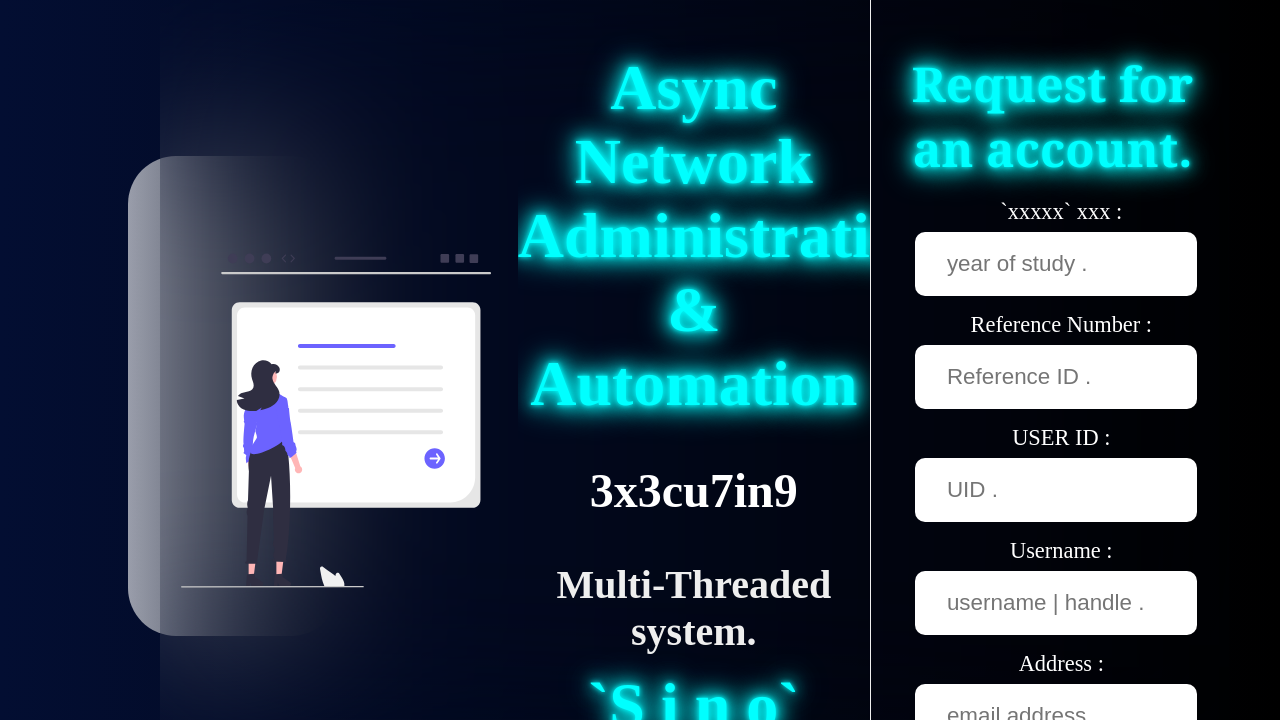
Repository: 3x3cu7er/Shax_001
Page: http://localhost/
The author's editor kept a copy of each file at every save. The page is drawn from the files as they stood at one save, then again after the next save.
The browser window is 1280 px wide. The pictures show the whole page.
The page is served by the project's application, run on Django 4.2 (manage.py). Other server files are loaded and not shown.

Above is the page before, as saved 2024-01-19 19:16:13.

### _3x3c47er_Sino_sys/template/xhome.html
{%load static %}

<!DOCTYPE html>
<html lang="en">
  <head>
    <meta charset="UTF-8" />
    <meta name="viewport" content="width=device-width, initial-scale=1.0" />
    <title>Document</title>
    <link rel="stylesheet" href="{% static '/css/homex.css'%}" />
  </head>
  <body>
    <div class="container">
      <section class="transparency">
        <div class="c1"></div>

        <div class="screen">
          <div class="image">
            <img src="/static/css/icons/course1.svg" alt="" />
          </div>
          <div class="welcome">
            <h1>Async Network Administrating & Automation</h1>
            <h2>3x3cu7in9</h2>
            <h3>Multi-Threaded system.</h3>
            <h1>`S i n o` board</h1>
            <h1>Net token ID :{{uID}}</h1>
          </div>
          <div class="accounts">
            <!-- accountCreating -->
            <div class="formContainer" id="register">
              <h2>Request for an account.</h2>
              <form action="" method="post">
                {% csrf_token%}
                <div class="formItem">
                  <label for="">`xxxxx` xxx :</label>
                  <input
                    type="text"
                    name="level"
                    placeholder="year of study ."
                  />
                </div>
                <div class="formItem">
                  <label for="">Reference Number :</label>
                  <input type="text" name="ref" placeholder="Reference ID ." />
                </div>
                <div class="formItem">
                  <label for="">USER ID :</label>
                  <input type="text" name="uid" placeholder="UID ." />
                </div>
                <div class="formItem">
                  <label for="">Username :</label>
                  <input
                    type="text"
                    name="username"
                    placeholder="username | handle ."
                  />
                </div>
                <div class="formItem">
                  <label for="">Address :</label>
                  <input
                    type="email"
                    name="addrs"
                    placeholder="email address.."
                  />
                </div>
                <div class="formItem">
                  <label for="">Password :</label>
                  <input
                    type="password"
                    name="pass1"
                    placeholder="password.."
                  />
                </div>
                <div class="formItem">
                  <label for="">Password (confirm) :</label>
                  <input
                    type="password"
                    name="pass2"
                    placeholder="password.."
                  />
                </div>
                <div class="formItem">
                  <input type="submit" value="SignUp" />
                </div>
                <div class="formItem" id="blank">
                  <h4>
                    Already have an account ?
                    <a class="sign" id="link1">SignIn</a>.
                  </h4>
                </div>
              </form>
            </div>
            <div id="signIn">
              <form action="" method="get" class="formContainer2">
                {% csrf_token%}
                <div class="formItem">
                  <label for="">Username :</label>
                  <input
                    type="text"
                    name="username"
                    placeholder="username | handle ."
                  />
                </div>
                <div class="formItem">
                  <label for="">Address :</label>
                  <input
                    type="email"
                    name="addrs"
                    placeholder="email address.."
                  />
                </div>
                <div class="formItem">
                  <label for="">Password :</label>
                  <input
                    type="password"
                    name="pass1"
                    placeholder="password.."
                  />
                </div>
                <div class="formItem">
                  <input type="submit" value="SignIn" />
                </div>
                <div class="formItem">
                  <h4>
                    have no account ? <a class="sign" id="link2">SignUp</a>.
                  </h4>
                </div>
              </form>
            </div>
          </div>
        </div>
      </section>
    </div>
    <script src="{% static '/js/sign.js'%}"></script>
  </body>
</html>

### _3x3c47er_Sino_sys/_hadez_/views.py
from django.shortcuts import render

# Create your views here.
# system navs


def x1(request):
    return render(request, "xterminal.html")


# system navs
def x2(request):
    return render(request, "xupdate.html")


# system navs
def x3(request):
    return render(request, "xbase.html")


# system navs
def x4(request):
    return render(request, "xmain.html")


# system navs
def x5(request):
    return render(request, "sys_manage.html")


# system navs
def x6(request):
    return render(request, "root_parent.html")


# system navs
def x7(request):
    return render(request, "dash_content_overview.html")


# system navs
def x8(request):

    # if request.method == 'POST':
    #     uname = '*****'
    #     addr = 'account@mail.com'
    #     refnum = '**********'
    #     commentRef = request.POST.get('comID')
    #     label = request.POST.get('label')
    #     message = request.POST.get('message')
    #     newComment = comments(commentID=commentRef, label=label, details=message)
    #     newComment.save()

    if request.method == 'GET':
        uname = '*****'
        addr = 'account@mail.com'
        refnum = '**********'
        ref = request.GET.get('search')
        # users = userCredentials.objects.all()
        # for userAccount in users:
        #     if str(userAccount.referenceNumber) == str(ref):
        #         print('yh..')
        #         uname = userAccount.uname
        #         addr = userAccount.Address
        #         refnum = userAccount.referenceNumber

    return render(request, 'xlanding.html', {'uname':uname, 'addr':addr, 'refnum':refnum})


# system navs
def x9(request):
    return render(request, "xhome.html")


# system navs
def x10(request):
    return render(request, "board_confg.html")


# system navs
def x11(request):
    return render(request, "temp_access_stud.html")


# system navs
def x12(request):
    return render(request, "xactive.html")


# system navs
def x13(request):
    return render(request, "xplatform.html")


# system navs
def x14(request):
    return render(request, "sys_major.html")

### _3x3c47er_Sino_sys/_3x3c47er_Sino_sys/urls.py
"""_3x3c47er_Sino_sys URL Configuration

The `urlpatterns` list routes URLs to views. For more information please see:
    https://docs.djangoproject.com/en/4.0/topics/http/urls/
Examples:
Function views
    1. Add an import:  from my_app import views
    2. Add a URL to urlpatterns:  path('', views.home, name='home')
Class-based views
    1. Add an import:  from other_app.views import Home
    2. Add a URL to urlpatterns:  path('', Home.as_view(), name='home')
Including another URLconf
    1. Import the include() function: from django.urls import include, path
    2. Add a URL to urlpatterns:  path('blog/', include('blog.urls'))
"""
from django.contrib import admin
from django.urls import path, include

urlpatterns = [
    path('admin/', admin.site.urls),
    path("", include("_hadez_.urls")),
    path("xterminal/", include("_hadez_.urls")),
    path('main/', include('_hadez_.urls')),
    path('update-my-data/', include('_hadez_.urls')),
    path('records/', include('_hadez_.urls')),
    path('menu/', include('_hadez_.urls')),
    path('monitor/', include('_hadez_.urls')),
    path('platform/', include('_hadez_.urls')),
]

### _3x3c47er_Sino_sys/_hadez_/urls.py
from django.urls import path
from . import views
urlpatterns = [
    path("xterminal/", views.x1, name="xterminal"),
    path("xupdate/", views.x2, name="xupdate"),
    path("xbase/", views.x3, name="xbase"),
    path("xmain/", views.x4, name="xmain"),
    path("sys_manage/", views.x5, name="sys_manage"),
    path("root_parent/", views.x6, name="root_parent"),
    path("dash_content_overview/", views.x7, name="dash_content_overview"),
    path("xlanding/", views.x8, name="xlanding"),
    path("", views.x9, name="xhome"),
    path("board_confg/", views.x10 , name="board_confg"),
    path("temp_access_student/", views.x11 , name="temp_access_student"),
    path("xactive/", views.x12 , name="xactive"),
    path("xplatform/", views.x13 , name="xplatform"),
    path("sys_major/", views.x14 , name="sys_major"),
]

### _3x3c47er_Sino_sys/static/css/homex.css
* {
  margin: 0;
  padding: 0;
  box-sizing: border-box;
}
body {
  display: flex;
  align-items: center;
  justify-content: center;
  text-align: center;
  height: 100vh;
  width: 100%;
}

.container {
  width: 100%;
  height: 100%;
  align-items: center;
  justify-content: center;
  display: flex;
  overflow: hidden;
  background: linear-gradient(to right, silver, rgba(72, 129, 129, 0.592));
}

a {
  text-decoration: none;
  color: red;
  font-size: 1.4rem;
  font-family: Georgia, "Times New Roman", Times, serif;
}
a:hover {
  cursor: pointer;
}

label {
  font-size: 1.4rem;
  margin-left: 5%;
}
input[type="text"],
input[type="date"],
input[type="password"],
input[type="email"] {
  width: 80%;
  height: 4rem;
  margin: 2% 0 1rem 2%;
  padding-left: 2rem;
  outline: none;
  border-radius: 10px;
  border: none;
  font-size: 1.4rem;
}
#signIn {
  margin-top: 15%;
  margin-bottom: 60%;
  height: 100%;
  padding-top: 50%;
  display: none;
}
#register {
  height: 110%;
  margin-bottom: 25%;
}
#register h2 {
  margin-bottom: 5%;
  font-size: 3rem;
  color: aqua;
  text-shadow: 0 0 5px aqua, 0 0 15px aqua, 0 0 25px aqua, 0 0 35px aqua;
  font-family: Georgia, "Times New Roman", Times, serif;
}
form input[type="submit"] {
  width: 25%;
  height: 3rem;
  margin: 2% 0 1rem 6%;
  padding-left: 0.5rem;
  outline: none;
  border-radius: 10px;
  border: none;
  font-size: 1.4rem;
  text-align: center;
}

.transparency {
  width: 100%;
  height: 100%;
  background: linear-gradient(to right, rgba(3, 14, 50), rgba(0, 0, 0));
  backdrop-filter: blur(5rem);
  z-index: 2;
  text-align: center;
  overflow: hidden;
  display: flex;
  align-items: center;
  justify-content: center;
}

.logoImage {
  width: 50%;
  height: 100%;
  text-align: center;
  overflow: hidden;
  display: flex;
  align-items: center;
  justify-content: center;
}

.c1,
.c2 {
  width: 30rem;
  height: 30rem;
  position: relative;
  border-radius: 3rem;
  -webkit-border-radius: 3rem;
  -moz-border-radius: 3rem;
  -ms-border-radius: 3rem;
  -o-border-radius: 3rem;
}
.c1 {
  background: linear-gradient(
    to right,
    rgba(255, 255, 255, 0.6),
    rgba(0, 0, 0, 0.3)
  );
  top: 5%;
  left: 70%;
  animation: top 1s linear infinite;
  transition: 2s ease-in-out;
  -webkit-transition: 2s ease-in-out;
  -moz-transition: 2s ease-in-out;
  -ms-transition: 2s ease-in-out;
  -o-transition: 2s ease-in-out;
}

c2 {
  background: linear-gradient(
    to right,
    rgba(255, 255, 255, 0.4),
    rgba(0, 0, 0, 0.3)
  );
  top: 50%;
  right: 70%;
  animation: top 1s linear infinite;
  transition: 2s ease-in-out;
  -webkit-transition: 2s ease-in-out;
  -moz-transition: 2s ease-in-out;
  -ms-transition: 2s ease-in-out;
  -o-transition: 2s ease-in-out;
}
@keyframes top {
  0% {
    left: 10%;
  }
  45% {
    transform: rotateZ(35deg);
    -webkit-transform: rotateZ(35deg);
    -moz-transform: rotateZ(35deg);
    -ms-transform: rotateZ(35deg);
    -o-transform: rotateZ(35deg);
  }
  60% {
    transform: rotateZ(80deg);
    -webkit-transform: rotateZ(80deg);
    -moz-transform: rotateZ(80deg);
    -ms-transform: rotateZ(80deg);
    -o-transform: rotateZ(80deg);
  }
}

@keyframes down {
  0% {
    right: 10%;
  }
  45% {
    transform: rotateZ(-35deg);
    -webkit-transform: rotateZ(-35deg);
    -moz-transform: rotateZ(-35deg);
    -ms-transform: rotateZ(-35deg);
    -o-transform: rotateZ(-35deg);
  }
  60% {
    transform: rotateZ(-80deg);
    -webkit-transform: rotateZ(-80deg);
    -moz-transform: rotateZ(-80deg);
    -ms-transform: rotateZ(-80deg);
    -o-transform: rotateZ(-80deg);
  }
}

.transparency .screen {
  width: 190%;
  height: 160%;
  backdrop-filter: blur(5rem);
  z-index: 2;
  text-align: center;
  display: flex;
  align-items: center;
  gap: 0.5%;
  justify-content: center;
  position: relative;
  right: 4%;
  color: white;
}

.welcome,
.accounts,
.image {
  width: 50%;
  height: 100%;
  text-align: center;
  overflow: auto;
  color: white;
  padding-top: 25%;
  padding-bottom: 10%;
}
.welcome {
  border-right: 1px solid #eee;
}
.welcome h1 {
  color: aqua;
  font-size: 4rem;
  text-shadow: 0 0 5px aqua, 0 0 15px aqua, 0 0 25px aqua, 0 0 35px aqua;
}
.welcome h3 {
  color: #eee;
  font-size: 2.5rem;
  margin: 12% 0 4% 0;
}

.welcome h2 {
  margin: 12% 0 4% 0;
  font-size: 3rem;
}

.image img {
  width: 88%;
  height: 95%;
}

### _3x3c47er_Sino_sys/static/js/sign.js
register = document.querySelector("#register");

sign = document.querySelector("#signIn");
link1 = document.querySelector("#link1");
link2 = document.querySelector("#link2");
// sign.addEventListener("click", function (e) {
//   signUp.style.display = "block";
//   signUp.style.marginTop = "-25%";
//   register.style.display = "none";
// });
// signUp.addEventListener("click", function (e) {
//   signIn.style.display = "none";
//   register.style.display = "block";
// });

link1.addEventListener("click", function (e) {
  sign.style.display = "block";
  sign.style.marginTop = "25%";
  register.style.display = "none";
});
link2.addEventListener("click", function (e) {
  signIn.style.display = "none";
  register.style.display = "block";
});

Loaded but not shown: _3x3c47er_Sino_sys/static/css/icons/course1.svg (1 lines, source omitted)

After the next save:
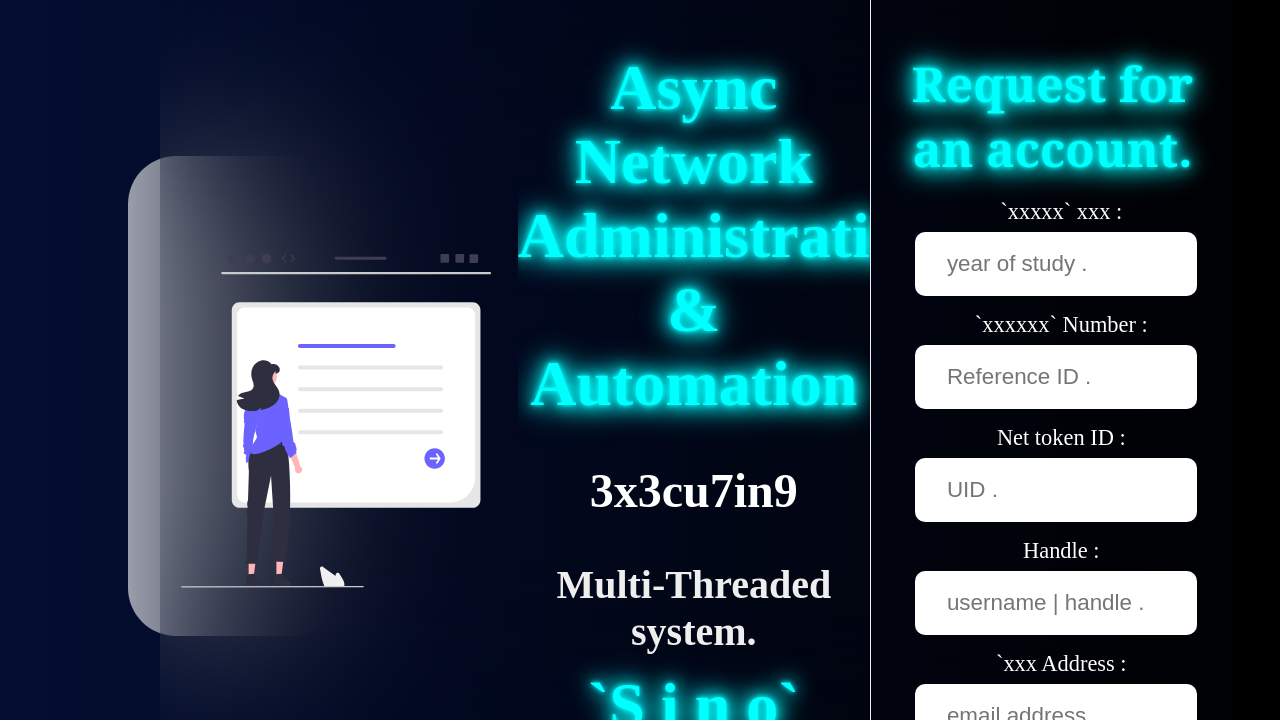
Saved 3 min 20 s later.
--- a/_3x3c47er_Sino_sys/template/xhome.html
+++ b/_3x3c47er_Sino_sys/template/xhome.html
@@ -39,15 +39,15 @@
                   />
                 </div>
                 <div class="formItem">
-                  <label for="">Reference Number :</label>
+                  <label for="">`xxxxxx` Number :</label>
                   <input type="text" name="ref" placeholder="Reference ID ." />
                 </div>
                 <div class="formItem">
-                  <label for="">USER ID :</label>
+                  <label for="">Net token ID :</label>
                   <input type="text" name="uid" placeholder="UID ." />
                 </div>
                 <div class="formItem">
-                  <label for="">Username :</label>
+                  <label for="">Handle :</label>
                   <input
                     type="text"
                     name="username"
@@ -55,7 +55,7 @@
                   />
                 </div>
                 <div class="formItem">
-                  <label for="">Address :</label>
+                  <label for="">`xxx Address :</label>
                   <input
                     type="email"
                     name="addrs"
@@ -63,7 +63,7 @@
                   />
                 </div>
                 <div class="formItem">
-                  <label for="">Password :</label>
+                  <label for="">`passwd xxx :</label>
                   <input
                     type="password"
                     name="pass1"
@@ -71,7 +71,7 @@
                   />
                 </div>
                 <div class="formItem">
-                  <label for="">Password (confirm) :</label>
+                  <label for=""> 2nd `passwd Password (confirm) :</label>
                   <input
                     type="password"
                     name="pass2"
@@ -83,7 +83,7 @@
                 </div>
                 <div class="formItem" id="blank">
                   <h4>
-                    Already have an account ?
+                    `Already in the system ?
                     <a class="sign" id="link1">SignIn</a>.
                   </h4>
                 </div>
@@ -93,7 +93,7 @@
               <form action="" method="get" class="formContainer2">
                 {% csrf_token%}
                 <div class="formItem">
-                  <label for="">Username :</label>
+                  <label for="">`xxx` xxx :</label>
                   <input
                     type="text"
                     name="username"
@@ -101,7 +101,7 @@
                   />
                 </div>
                 <div class="formItem">
-                  <label for="">Address :</label>
+                  <label for="">`xxx Address :</label>
                   <input
                     type="email"
                     name="addrs"
@@ -109,7 +109,7 @@
                   />
                 </div>
                 <div class="formItem">
-                  <label for="">Password :</label>
+                  <label for="">`passwd Password :</label>
                   <input
                     type="password"
                     name="pass1"
@@ -121,7 +121,7 @@
                 </div>
                 <div class="formItem">
                   <h4>
-                    have no account ? <a class="sign" id="link2">SignUp</a>.
+                    `new to system ? <a class="sign" id="link2">SignUp</a>.
                   </h4>
                 </div>
               </form>
